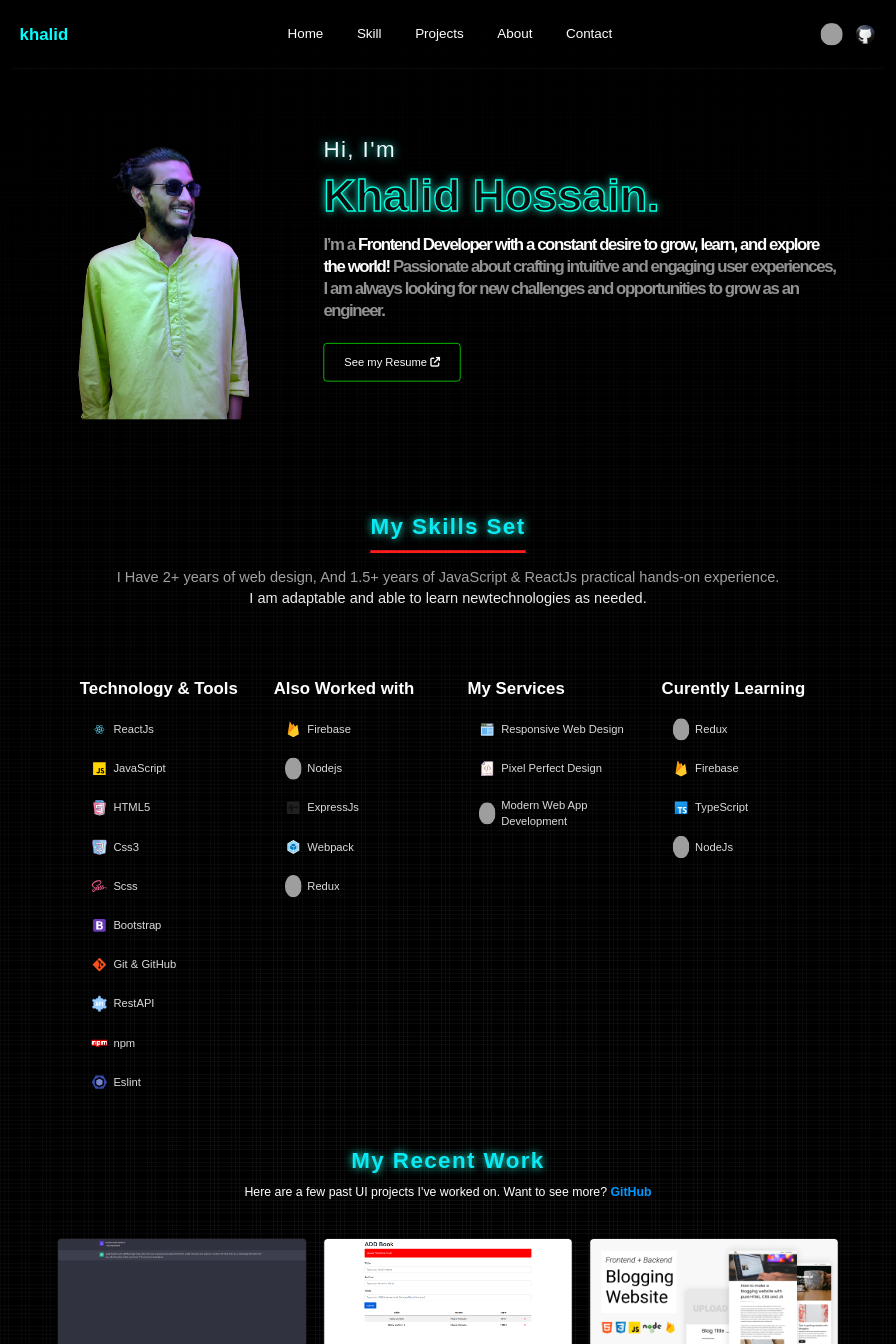
Repository: badhon252/my-portfolio
Page: /
These files come from the project's save history. The page is drawn as it stood at one moment and after a run of saves; the edit follows.
The browser window is 1280 px wide. The pictures show the part of the page from y = 0 to 1920 px (the page is 3347 px tall), at 70% of full size.
Pictures or frames that could not be fetched are drawn as grey boxes. The project was rebuilt for these pictures with package versions that can differ from the ones it lists, and the page was loaded fresh each time. Also part of the build but not shown: src/Components/Home/Header/HeaderContent/HeaderContent.css, src/Components/Home/Header/Navbar/Navs/GitHub/Github.module.css, src/Components/Home/Header/Navbar/Navs/LinkedIn/LinkedIn.module.css.

Above is the page before, as saved 2023-01-24 19:39:21.

After the next 2 saves:
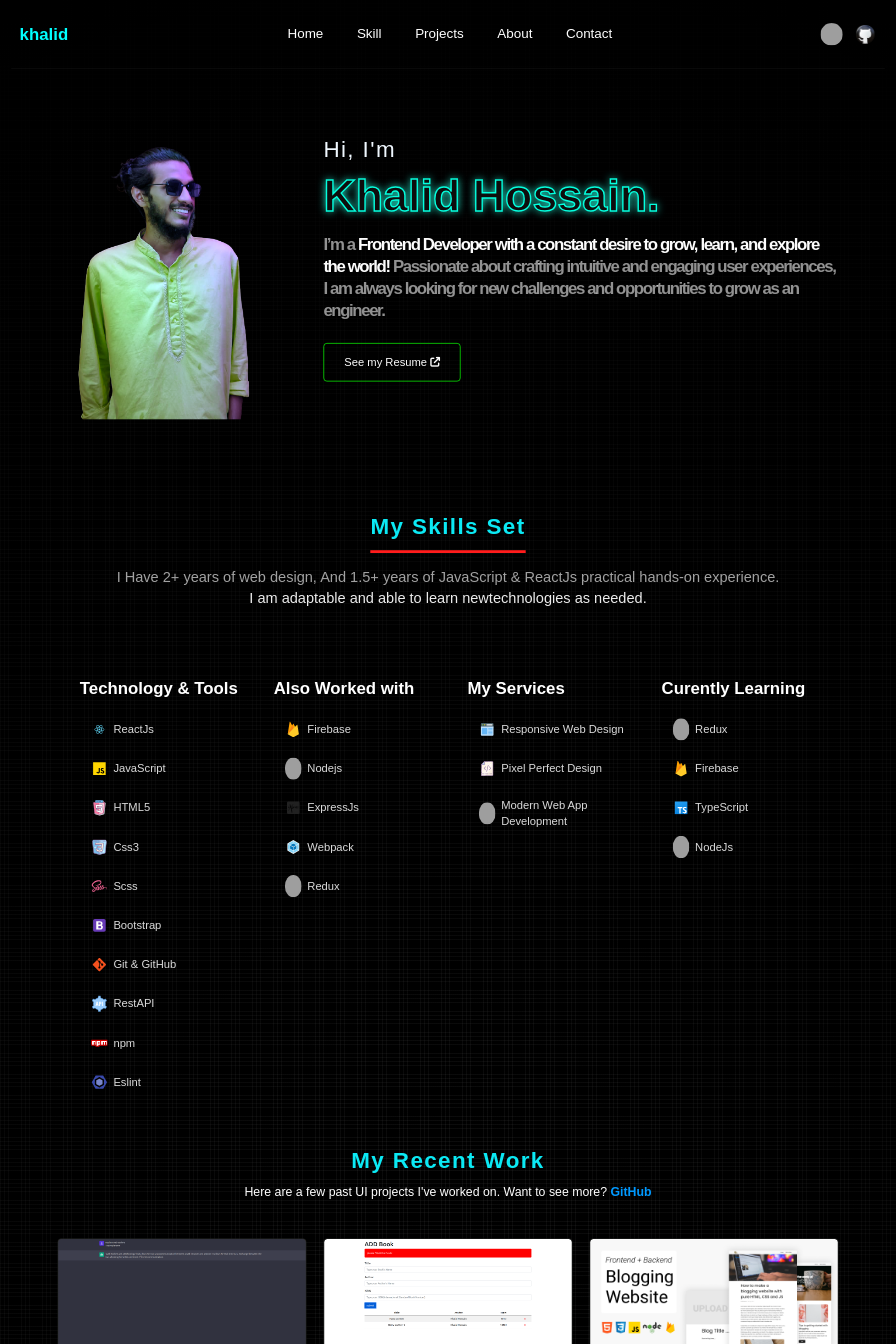
The 2 saves are shown as one change because they came seconds apart.
The last was saved 15 s later.
--- a/src/Components/Home/Header/HeaderContent/Header.module.css
+++ b/src/Components/Home/Header/HeaderContent/Header.module.css
@@ -27,14 +27,12 @@ h2 {
     transform: rotate(45px);
     transform: rotateX('angle');
     color: #0be9f4;
-    text-shadow: 0 0 12px #24fbdd;
     letter-spacing: 2px;
     font-weight: 600;
 }
 
 h2:hover {
-    color: #fcfcfc;
-    cursor: text;
+    text-shadow: 0 0 12px #24fbdd;
 }
 
 p {
